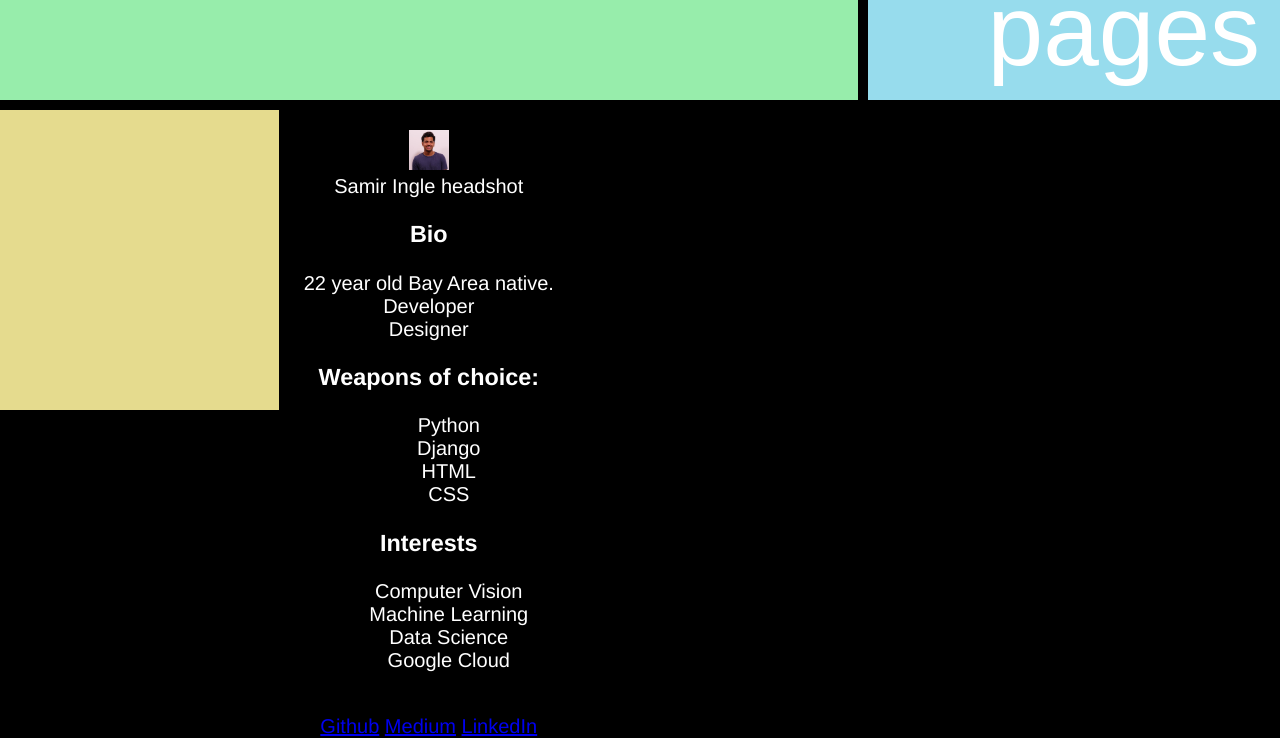
Repository: SamirIngley/html-semantic
Page: templates/about.html
These files come from the project's save history. The page is drawn as it stood at one moment and after the next save; the edit follows.
The browser window is 1280 px wide. The pictures show the whole page.

Above is the page before, as saved 2020-02-05 21:51:23.

After the next save:
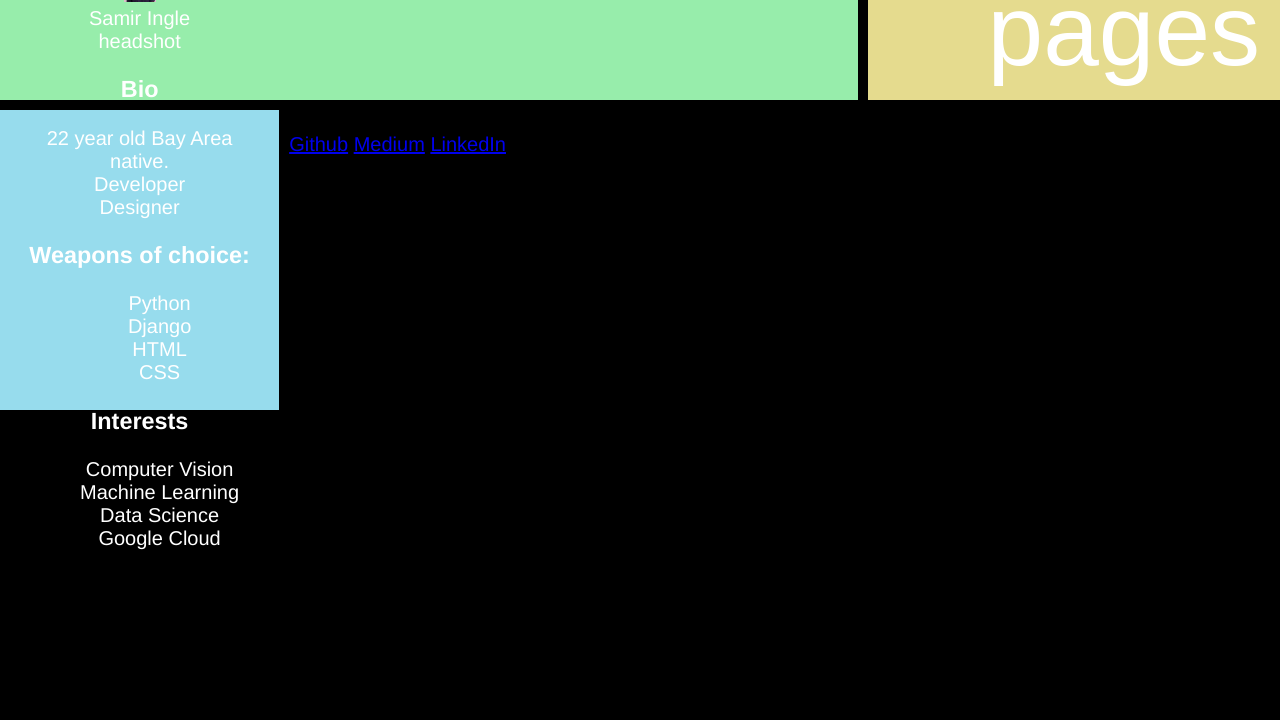
Saved 38 s later.
--- a/templates/about.html
+++ b/templates/about.html
@@ -8,10 +8,6 @@
         <link href="style.css" rel="stylesheet">
         <title>Samir Ingle</title>
     </div>
-    <div class="body">
-
-    </div>
-    </html>
     <div class="header-right">
             <nav>
             <div class='dropdown'>
@@ -24,7 +20,7 @@
             </div>
         </nav>
     </div>
-    <body>
+    <div class ="body">
     <center>
     <figure>
             <img src="static/images/prof_pic.jpeg" alt="samir-profile-pic" style="width:20%;">
@@ -61,7 +57,7 @@
         </div>
             <p>
 
-    </body>
+    </div>
 
     <footer>
             <br>
